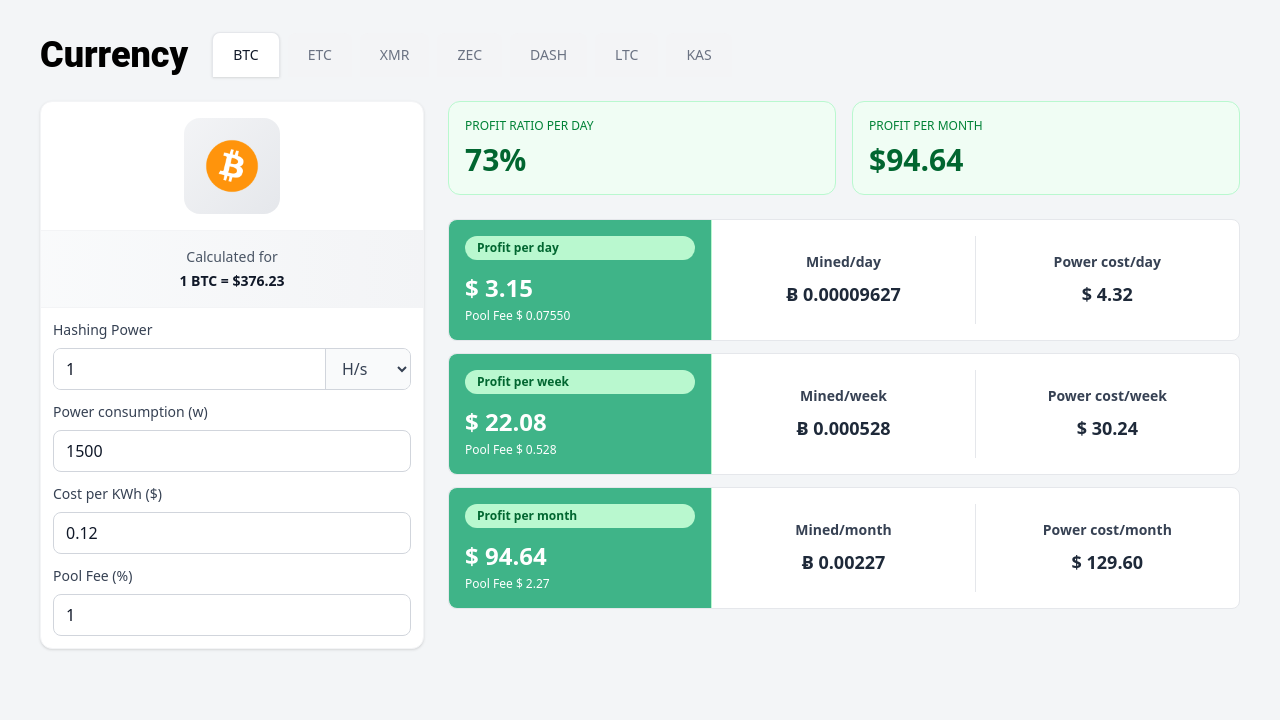
Repository: Bilal-Ahmad-CodeMaster/crypto-proj
Page: /
An editor plug-in stored every save of this project. The page is shown before and after the next save, followed by the edit.
The browser window is 1280 px wide. The pictures show the whole page.
The project was rebuilt for these pictures with package versions that can differ from the ones it lists, and the page was loaded fresh each time. The framework's server and built-in components were replaced by stand-ins that run in the browser. Also part of the build but not shown: next.config.ts.

Above is the page before, as saved 2025-11-25 22:37:33.

After the next save:
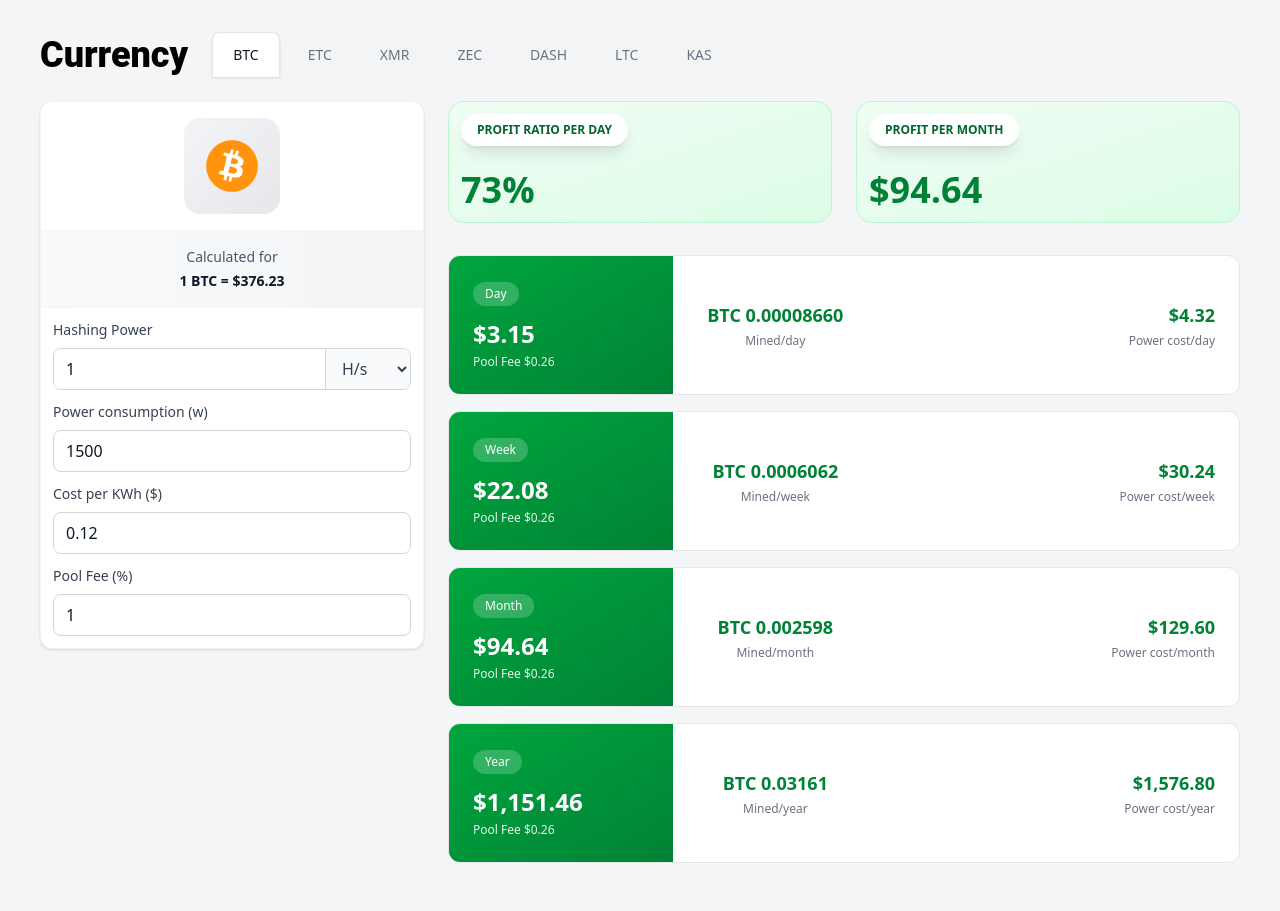
Saved 26 s later.
--- a/src/app/components/ResultCards.tsx
+++ b/src/app/components/ResultCards.tsx
@@ -6,36 +6,26 @@
     money: string;
     mined: string;
     powerCost: string;
-    poolFee: string;
     positive?: boolean;
 }
 
-function StatRow({ title, money, mined, powerCost, poolFee, positive = true }: StatRowProps) {
+function StatRow({ title, money, mined, powerCost, positive = true }: StatRowProps) {
     return (
-        <div className="mb-3 rounded-lg border border-gray-200 bg-white hover:shadow-sm transition-all">
-            <div className="flex">
-                {/* First part with background color */}
-                <div className={`w-1/3 p-4 rounded-l-lg ${positive ? 'bg-[#3FB488] border-r border-green-200' : 'bg-[#F15C5C] border-r border-red-200'}`}>
-                    <div className={`text-xs font-semibold px-3 py-1 rounded-full ${positive ? 'bg-green-200 text-green-800' : 'bg-red-200 text-red-800'} mb-3`}>
-                        Profit per {title.toLowerCase()}
-                    </div>
-                    <div className={`text-2xl font-bold mb-1 text-white`}>{money}</div>
-                    <div className={`text-xs text-white`}>Pool Fee {poolFee}</div>
+        <div className="mb-4 rounded-xl overflow-hidden flex border border-gray-200 bg-white hover:shadow-md transition-shadow">
+            <div className={`w-56 p-6 text-white ${positive ? 'bg-linear-to-br from-green-600 to-green-700' : 'bg-linear-to-br from-red-500 to-red-600'}`}>
+                <div className="text-xs font-medium bg-white/20 inline-block px-3 py-1 rounded-full mb-3">{title}</div>
+                <div className="text-2xl font-bold mb-1">{money}</div>
+                <div className="text-xs opacity-90">Pool Fee $0.26</div>
+            </div>
+
+            <div className="flex-1 p-6 grid grid-cols-3 items-center gap-6">
+                <div className="text-center">
+                    <div className={`text-lg font-semibold ${positive ? 'text-green-700' : 'text-red-600'}`}>{mined}</div>
+                    <div className="text-xs text-gray-500 mt-1">Mined/{title.toLowerCase()}</div>
                 </div>
-
-                {/* Second and third parts without background color */}
-                <div className="flex-1 grid grid-cols-2 items-center">
-                    {/* Mined Column */}
-                    <div className="text-center border-r border-gray-200 py-4">
-                        <div className="text-sm font-semibold text-gray-700 mb-2">Mined/{title.toLowerCase()}</div>
-                        <div className="text-lg font-bold text-gray-800">{mined}</div>
-                    </div>
-
-                    {/* Power Cost Column */}
-                    <div className="text-center py-4">
-                        <div className="text-sm font-semibold text-gray-700 mb-2">Power cost/{title.toLowerCase()}</div>
-                        <div className="text-lg font-bold text-gray-800">{powerCost}</div>
-                    </div>
+                <div className="text-right col-span-2">
+                    <div className={`text-lg font-semibold ${positive ? 'text-green-700' : 'text-red-600'}`}>{powerCost}</div>
+                    <div className="text-xs text-gray-500 mt-1">Power cost/{title.toLowerCase()}</div>
                 </div>
             </div>
         </div>
@@ -45,71 +35,33 @@
 export default function ResultCards({ active }: { active: string }) {
     const positive = active !== 'etc'
 
-    // Get currency symbol based on active tab
-    const getCurrencySymbol = () => {
-        switch (active.toLowerCase()) {
-            case 'btc': return 'Ƀ'
-            case 'etc': return 'Ξ'
-            case 'xmr': return 'ɱ'
-            case 'zec': return 'ⓩ'
-            case 'dash': return 'Đ'
-            case 'ltc': return 'Ł'
-            case 'kas': return 'Ҝ'
-            default: return 'Ƀ'
-        }
-    }
-
-    const currencySymbol = getCurrencySymbol()
-
     return (
         <div>
-            {/* Summary Cards */}
-            <div className="grid grid-cols-2 gap-4 mb-6">
-                <div className={`rounded-xl p-4 border ${positive ? 'bg-green-50 border-green-200' : 'bg-red-50 border-red-200'}`}>
-                    <div className={`text-xs font-medium ${positive ? 'text-green-700' : 'text-red-700'} mb-2`}>
+            <div className="grid grid-cols-2 gap-6 mb-8">
+                <div className={`rounded-2xl p-3 ${positive ? 'bg-gradient-to-br from-green-50 to-green-100 border border-green-200' : 'bg-gradient-to-br from-red-50 to-red-100 border border-red-200'}`}>
+                    <div className={`text-xs bg-white shadow-lg font-semibold ${positive ? ' text-green-800' : ' text-red-800'} inline-block px-4 py-2 rounded-full`}>
                         PROFIT RATIO PER DAY
                     </div>
-                    <div className={`text-3xl font-bold ${positive ? 'text-green-800' : 'text-red-800'}`}>
+                    <div className={`text-4xl font-bold mt-6  ${positive ? 'text-green-700' : 'text-red-700'}`}>
                         {positive ? '73%' : '-70%'}
                     </div>
                 </div>
 
-                <div className={`rounded-xl p-4 border ${positive ? 'bg-green-50 border-green-200' : 'bg-red-50 border-red-200'}`}>
-                    <div className={`text-xs font-medium ${positive ? 'text-green-700' : 'text-red-700'} mb-2`}>
+                <div className={`rounded-2xl p-3 ${positive ? 'bg-gradient-to-br from-green-50 to-green-100 border border-green-200' : 'bg-gradient-to-br from-red-50 to-red-100 border border-red-200'}`}>
+                    <div className={`text-xs font-semibold bg-white shadow-lg ${positive ? ' text-green-800' : 'bg-red-200 text-red-800'} inline-block px-4 py-2 rounded-full`}>
                         PROFIT PER MONTH
                     </div>
-                    <div className={`text-3xl font-bold ${positive ? 'text-green-800' : 'text-red-800'}`}>
+                    <div className={`text-4xl font-bold mt-6 ${positive ? 'text-green-700' : 'text-red-700'}`}>
                         {positive ? '$94.64' : '$ -90.66'}
                     </div>
                 </div>
             </div>
 
-            {/* Time Period Cards */}
             <div>
-                <StatRow
-                    title="Day"
-                    money="$ 3.15"
-                    mined={`${currencySymbol} 0.00009627`}
-                    powerCost="$ 4.32"
-                    poolFee="$ 0.07550"
-                    positive={positive}
-                />
-                <StatRow
-                    title="Week"
-                    money="$ 22.08"
-                    mined={`${currencySymbol} 0.000528`}
-                    powerCost="$ 30.24"
-                    poolFee="$ 0.528"
-                    positive={positive}
-                />
-                <StatRow
-                    title="Month"
-                    money="$ 94.64"
-                    mined={`${currencySymbol} 0.00227`}
-                    powerCost="$ 129.60"
-                    poolFee="$ 2.27"
-                    positive={positive}
-                />
+                <StatRow title="Day" money="$3.15" mined="BTC 0.00008660" powerCost="$4.32" positive={positive} />
+                <StatRow title="Week" money="$22.08" mined="BTC 0.0006062" powerCost="$30.24" positive={positive} />
+                <StatRow title="Month" money="$94.64" mined="BTC 0.002598" powerCost="$129.60" positive={positive} />
+                <StatRow title="Year" money="$1,151.46" mined="BTC 0.03161" powerCost="$1,576.80" positive={positive} />
             </div>
         </div>
     )

After the save that followed:
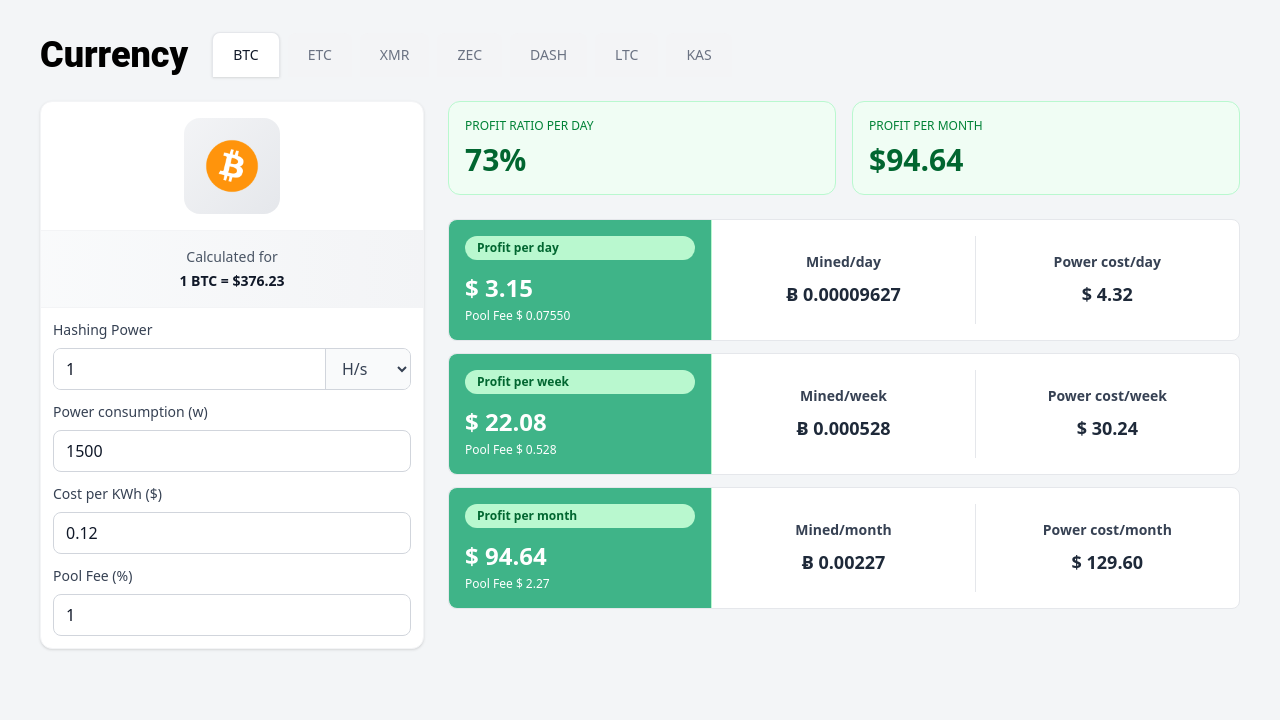
Saved 21 s later.
--- a/src/app/components/ResultCards.tsx
+++ b/src/app/components/ResultCards.tsx
@@ -6,26 +6,36 @@
     money: string;
     mined: string;
     powerCost: string;
+    poolFee: string;
     positive?: boolean;
 }
 
-function StatRow({ title, money, mined, powerCost, positive = true }: StatRowProps) {
+function StatRow({ title, money, mined, powerCost, poolFee, positive = true }: StatRowProps) {
     return (
-        <div className="mb-4 rounded-xl overflow-hidden flex border border-gray-200 bg-white hover:shadow-md transition-shadow">
-            <div className={`w-56 p-6 text-white ${positive ? 'bg-linear-to-br from-green-600 to-green-700' : 'bg-linear-to-br from-red-500 to-red-600'}`}>
-                <div className="text-xs font-medium bg-white/20 inline-block px-3 py-1 rounded-full mb-3">{title}</div>
-                <div className="text-2xl font-bold mb-1">{money}</div>
-                <div className="text-xs opacity-90">Pool Fee $0.26</div>
-            </div>
+        <div className="mb-3 rounded-lg border border-gray-200 bg-white hover:shadow-sm transition-all">
+            <div className="flex">
+                {/* First part with background color */}
+                <div className={`w-1/3 p-4 rounded-l-lg ${positive ? 'bg-[#3FB488] border-r border-green-200' : 'bg-[#F15C5C] border-r border-red-200'}`}>
+                    <div className={`text-xs font-semibold px-3 py-1 rounded-full ${positive ? 'bg-green-200 text-green-800' : 'bg-red-200 text-red-800'} mb-3`}>
+                        Profit per {title.toLowerCase()}
+                    </div>
+                    <div className={`text-2xl font-bold mb-1 text-white`}>{money}</div>
+                    <div className={`text-xs text-white`}>Pool Fee {poolFee}</div>
+                </div>
 
-            <div className="flex-1 p-6 grid grid-cols-3 items-center gap-6">
-                <div className="text-center">
-                    <div className={`text-lg font-semibold ${positive ? 'text-green-700' : 'text-red-600'}`}>{mined}</div>
-                    <div className="text-xs text-gray-500 mt-1">Mined/{title.toLowerCase()}</div>
-                </div>
-                <div className="text-right col-span-2">
-                    <div className={`text-lg font-semibold ${positive ? 'text-green-700' : 'text-red-600'}`}>{powerCost}</div>
-                    <div className="text-xs text-gray-500 mt-1">Power cost/{title.toLowerCase()}</div>
+                {/* Second and third parts without background color */}
+                <div className="flex-1 grid grid-cols-2 items-center">
+                    {/* Mined Column */}
+                    <div className="text-center border-r border-gray-200 py-4">
+                        <div className="text-sm font-semibold text-gray-700 mb-2">Mined/{title.toLowerCase()}</div>
+                        <div className="text-lg font-bold text-gray-800">{mined}</div>
+                    </div>
+
+                    {/* Power Cost Column */}
+                    <div className="text-center py-4">
+                        <div className="text-sm font-semibold text-gray-700 mb-2">Power cost/{title.toLowerCase()}</div>
+                        <div className="text-lg font-bold text-gray-800">{powerCost}</div>
+                    </div>
                 </div>
             </div>
         </div>
@@ -35,33 +45,71 @@
 export default function ResultCards({ active }: { active: string }) {
     const positive = active !== 'etc'
 
+    // Get currency symbol based on active tab
+    const getCurrencySymbol = () => {
+        switch (active.toLowerCase()) {
+            case 'btc': return 'Ƀ'
+            case 'etc': return 'Ξ'
+            case 'xmr': return 'ɱ'
+            case 'zec': return 'ⓩ'
+            case 'dash': return 'Đ'
+            case 'ltc': return 'Ł'
+            case 'kas': return 'Ҝ'
+            default: return 'Ƀ'
+        }
+    }
+
+    const currencySymbol = getCurrencySymbol()
+
     return (
         <div>
-            <div className="grid grid-cols-2 gap-6 mb-8">
-                <div className={`rounded-2xl p-3 ${positive ? 'bg-gradient-to-br from-green-50 to-green-100 border border-green-200' : 'bg-gradient-to-br from-red-50 to-red-100 border border-red-200'}`}>
-                    <div className={`text-xs bg-white shadow-lg font-semibold ${positive ? ' text-green-800' : ' text-red-800'} inline-block px-4 py-2 rounded-full`}>
+            {/* Summary Cards */}
+            <div className="grid grid-cols-2 gap-4 mb-6">
+                <div className={`rounded-xl p-4 border ${positive ? 'bg-green-50 border-green-200' : 'bg-red-50 border-red-200'}`}>
+                    <div className={`text-xs font-medium ${positive ? 'text-green-700' : 'text-red-700'} mb-2`}>
                         PROFIT RATIO PER DAY
                     </div>
-                    <div className={`text-4xl font-bold mt-6  ${positive ? 'text-green-700' : 'text-red-700'}`}>
+                    <div className={`text-3xl font-bold ${positive ? 'text-green-800' : 'text-red-800'}`}>
                         {positive ? '73%' : '-70%'}
                     </div>
                 </div>
 
-                <div className={`rounded-2xl p-3 ${positive ? 'bg-gradient-to-br from-green-50 to-green-100 border border-green-200' : 'bg-gradient-to-br from-red-50 to-red-100 border border-red-200'}`}>
-                    <div className={`text-xs font-semibold bg-white shadow-lg ${positive ? ' text-green-800' : 'bg-red-200 text-red-800'} inline-block px-4 py-2 rounded-full`}>
+                <div className={`rounded-xl p-4 border ${positive ? 'bg-green-50 border-green-200' : 'bg-red-50 border-red-200'}`}>
+                    <div className={`text-xs font-medium ${positive ? 'text-green-700' : 'text-red-700'} mb-2`}>
                         PROFIT PER MONTH
                     </div>
-                    <div className={`text-4xl font-bold mt-6 ${positive ? 'text-green-700' : 'text-red-700'}`}>
+                    <div className={`text-3xl font-bold ${positive ? 'text-green-800' : 'text-red-800'}`}>
                         {positive ? '$94.64' : '$ -90.66'}
                     </div>
                 </div>
             </div>
 
+            {/* Time Period Cards */}
             <div>
-                <StatRow title="Day" money="$3.15" mined="BTC 0.00008660" powerCost="$4.32" positive={positive} />
-                <StatRow title="Week" money="$22.08" mined="BTC 0.0006062" powerCost="$30.24" positive={positive} />
-                <StatRow title="Month" money="$94.64" mined="BTC 0.002598" powerCost="$129.60" positive={positive} />
-                <StatRow title="Year" money="$1,151.46" mined="BTC 0.03161" powerCost="$1,576.80" positive={positive} />
+                <StatRow
+                    title="Day"
+                    money="$ 3.15"
+                    mined={`${currencySymbol} 0.00009627`}
+                    powerCost="$ 4.32"
+                    poolFee="$ 0.07550"
+                    positive={positive}
+                />
+                <StatRow
+                    title="Week"
+                    money="$ 22.08"
+                    mined={`${currencySymbol} 0.000528`}
+                    powerCost="$ 30.24"
+                    poolFee="$ 0.528"
+                    positive={positive}
+                />
+                <StatRow
+                    title="Month"
+                    money="$ 94.64"
+                    mined={`${currencySymbol} 0.00227`}
+                    powerCost="$ 129.60"
+                    poolFee="$ 2.27"
+                    positive={positive}
+                />
             </div>
         </div>
     )
